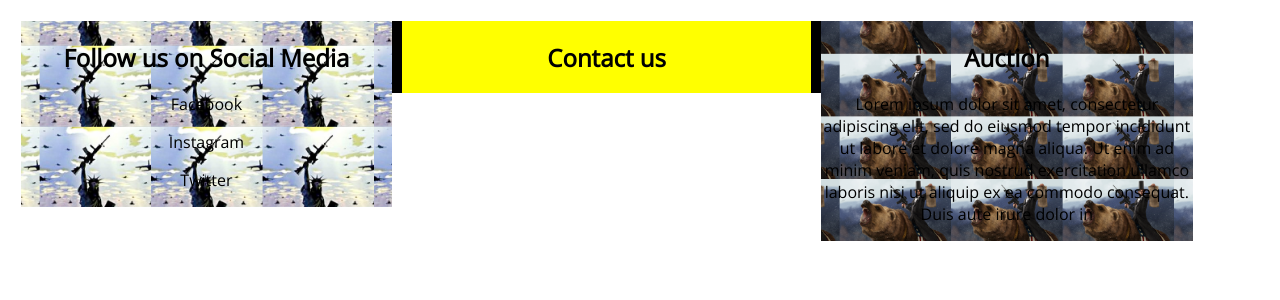
Repository: 3EyEdRav3n/10-2020-cohort-course
Page: week-1/Week-1 Assignment/index.html
An editor plug-in stored every save of this project. The page is shown before and after the next save, followed by the edit.
The browser window is 1280 px wide. The pictures show the whole page.

Above is the page before, as saved 2020-11-01 21:33:46.

### week-1/Week-1 Assignment/index.html
<!DOCTYPE html>
<html lang="en">
  <head>
    <meta charset="UTF-8" />
    <meta name="viewport" content="width=device-width, initial-scale=1.0" />
    <link rel="stylesheet" href="./styles.css" />
    <link
      href="https://fonts.googleapis.com/css2?family=Open+Sans&display=swap"
      rel="stylesheet"
    />
    <link
      href="https://fonts.googleapis.com/css2?family=Open+Sans&family=Roboto+Slab:wght@500&display=swap"
      rel="stylesheet"
    />

    <title>VetTech</title>
  </head>
  <body>
    <div class="container">
      <div class="left-col">
        <h2>Follow us on Social Media</h2>
        <p>Facebook</p>
        <p>Instagram</p>
        <p>Twitter</p>
      </div>

      <div class="center-col">
        <h2>Contact us</h2>
      </div>
      <div class="right-col">
        <h2>Auction</h2>
        <p>
          Lorem ipsum dolor sit amet, consectetur adipiscing elit, sed do
          eiusmod tempor incididunt ut labore et dolore magna aliqua. Ut enim ad
          minim veniam, quis nostrud exercitation ullamco laboris nisi ut
          aliquip ex ea commodo consequat. Duis aute irure dolor in
        </p>
      </div>
    </div>
  </body>
</html>

### week-1/Week-1 Assignment/styles.css

.container{
        font-family: 'Open Sans', sans-serif;
        min-height:500px;
        padding: 1%;
        box-sizing: border-box;
}
.left-col{
        background-image: url("/images/liberty.jpg");
        background-position: bottom center;
        background-size: 30%;
        background-color: #cccccc;
        text-align: center;
        width: 30%;
        float: left;
}
.center-col{
        background-color: yellow;
        border-left: 10px solid;
        border-right: 10px solid;
        text-align: center;
        width: 33%;
        float: left;
}
.right-col{
        background-image: url("/images/lincoln.jpg");
        background-position: bottom center;
        background-size: 30%;
        background-color: #cccccc;
        text-align: center;
        float: left;
        width: 30%;

}



h1 {
        font-family: 'Open Sans', sans-serif;
}

After the next save:
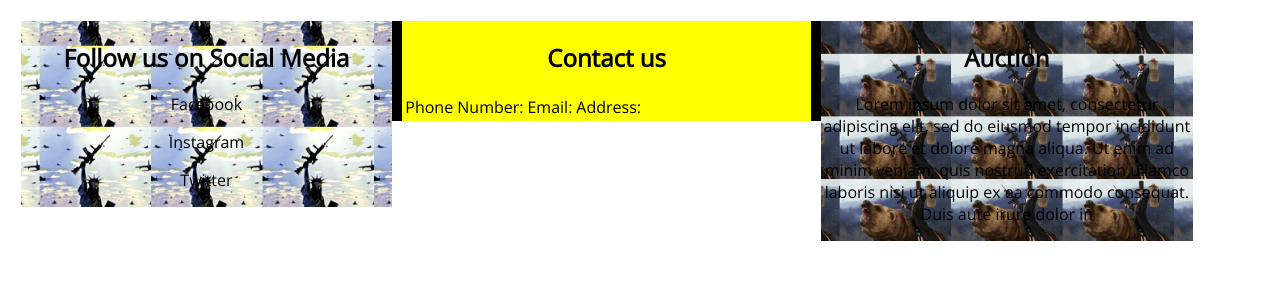
Saved 3 min 43 s later.
--- a/week-1/Week-1 Assignment/index.html
+++ b/week-1/Week-1 Assignment/index.html
@@ -26,6 +26,16 @@
 
       <div class="center-col">
         <h2>Contact us</h2>
+        <table class="contact">
+          <thead>
+            <tr>
+              <td>Phone Number:</td>
+              <td>Email:</td>
+              <td>Address:</td>
+            </tr>
+          </thead>
+          <tbody></tbody>
+        </table>
       </div>
       <div class="right-col">
         <h2>Auction</h2>
